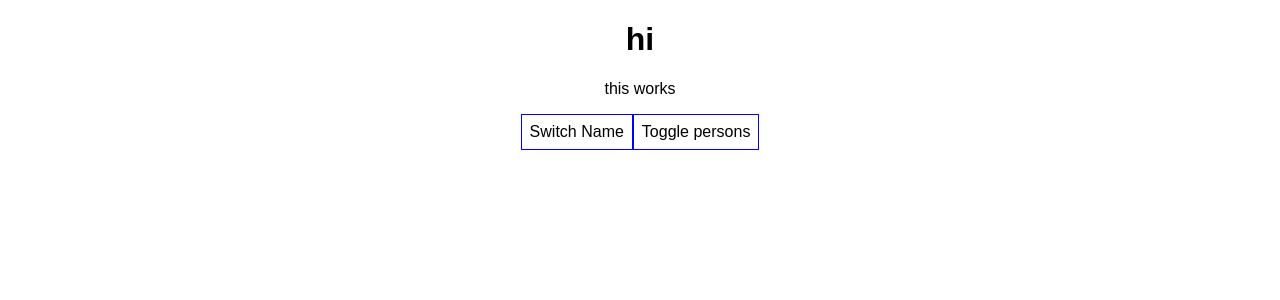
Repository: toni783/udemy_react
Page: / (app in react-complete-guide/)
The author's editor kept a copy of each file at every save. The page is drawn from the files as they stood at one save, then again after the next save.
The browser window is 1280 px wide. The pictures show the whole page.
The project was rebuilt for these pictures with package versions that can differ from the ones it lists, and the page was loaded fresh each time. Also part of the build but not shown: react-complete-guide/src/components/Persons/Person/Person.css, react-complete-guide/src/Person/Person.js.

Above is the page before, as saved 2020-01-27 08:59:47.

### react-complete-guide/src/App.js
// class based approach
import React, { Component } from "react";
import "./App.css";

import Person from "./Person/Person";

class App extends Component {
  state = {
    persons: [
      { id: 1, name: "Gilbert", age: 28 },
      { id: 2, name: "Yayu", age: 25 }
    ],
    otherProperty: "anything can be here ",
    showPersons: false
  };

  switchNameHandler = name => {
    // console.log('button clicked')
    this.setState({
      persons: [
        {
          name: name,
          age: 28
        },
        {
          name: "Yayu edited",
          age: 25
        }
      ]
    });
  };

  deletePersonHandler = index => {
    // const persons = this.state.persons;
    const persons = [...this.state.persons];
    persons.splice(index, 1);
    this.setState({ persons });
  };

  nameChangeHandler = (event, id) => {
    const personIndex = this.state.persons.findIndex(value => {
      return value.id === id;
    });

    const person = {
      ...this.state.persons[personIndex]
    };

    person.name = event.target.value;

    const persons = [...this.state.persons];
    persons[personIndex] = person;

    this.setState({ persons });
  };

  togglePersonsHandler = () => {
    const toggle = this.state.showPersons;
    this.setState({
      showPersons: !toggle
    });
  };

  render() {
    const style = {
      backgroundColor: "white",
      font: "inherit",
      border: "1px solid blue",
      padding: "8px",
      cursor: "pointer"
    };

    let persons = null;

    if (this.state.showPersons) {
      persons = (
        <div>
          {/* <Person
            clicked={this.switchNameHandler.bind(this, "Gilbert with binding")}
            name={this.state.persons[0].name}
            age={this.state.persons[0].age}
          />

          <Person
            name={this.state.persons[1].name}
            age={this.state.persons[1].age}
            changed={this.nameChangeHandler}
          >
            {" "}
            and the inner content is this{" "}
          </Person> */}

          {this.state.persons.map((person, index) => {
            return (
              <Person
                clicked={() => this.deletePersonHandler(index)}
                name={person.name}
                age={person.age}
                key={person.id}
                changed={event => this.nameChangeHandler(event, person.id)}
              ></Person>
            );
          })}
        </div>
      );

      style.backgroundColor = "red";
    }

    let clasess = ["red", "bold"].join(" ");
    return (
      <div className="App">
        <h1>hi </h1>
        <p>this works </p>

        <button
          style={style}
          onClick={() => this.switchNameHandler("Gilbert with arrow function ")}
        >
          {" "}
          Switch Name{" "}
        </button>

        <button style={style} onClick={this.togglePersonsHandler}>
          Toggle persons
        </button>
        {persons}

        {/* turnary approach */}
        {/* {this.state.showPersons ? (
          <div>
            <Person
              clicked={this.switchNameHandler.bind(
                this,
                "Gilbert with binding"
              )}
              name={this.state.persons[0].name}
              age={this.state.persons[0].age}
            />

            <Person
              name={this.state.persons[1].name}
              age={this.state.persons[1].age}
              changed={this.nameChangeHandler}
            >
              {" "}
              and the inner content is this{" "}
            </Person>
          </div>
        ) : null} */}
      </div>
    );
  }
}

export default App;

// functional  based approach
// import React, { useState } from 'react';
// import './App.css';

// import Person from './Person/Person'

//  const app = props => {

//   const [personState, setPersonState] = useState(
//     {
//       persons: [
//         {
//           name: 'Gilbert',
//           age: 28
//         },
//         {
//           name: 'Yayu',
//           age: 25
//         }
//       ],
//      otherProperty: 'anything can be here '
//     }
//   );

//   const [otherState, setOtherState] =  useState({  otherProperty: 'anything can be here in other state '});

//   const switchNameHandler = () =>{
//     // console.log('button clicked')
//     setPersonState(
//       {
//         persons: [
//           {
//             name: 'Gilbert edited',
//             age: 28
//           },
//           {
//             name: 'Yayu edited',
//             age: 25
//           }
//         ]
//       }
//     );
//   }

// console.log(personState, otherState)

//     return (
//       <div className="App">
//            <h1>hi </h1>
//           <p>this works </p>

//           <button onClick={switchNameHandler}> Switch Name  </button>

//           <Person name={personState.persons[0].name} age={personState.persons[0].age}/>

//           <Person name={personState.persons[1].name} age={personState.persons[1].age}> and the inner content is this </Person>

//       </div>
//     );

// }

// export default app;

### react-complete-guide/src/App.css
.App {
  text-align: center;
}

.App-logo {
  animation: App-logo-spin infinite 20s linear;
  height: 80px;
}

.App-header {
  background-color: #222;
  height: 150px;
  padding: 20px;
  color: white;
}

.App-title {
  font-size: 1.5em;
}

.App-intro {
  font-size: large;
}

@keyframes App-logo-spin {
  from {
    transform: rotate(0deg);
  }

  to {
    transform: rotate(360deg);
  }
}

.red {
  color: red;
}

.bold {
  font-weight: bold;
}

Loaded but not shown: react-complete-guide/public/index.html (common file); react-complete-guide/src/index.js (common file); react-complete-guide/src/index.css (common file); react-complete-guide/src/registerServiceWorker.js (common file)

After the next save:
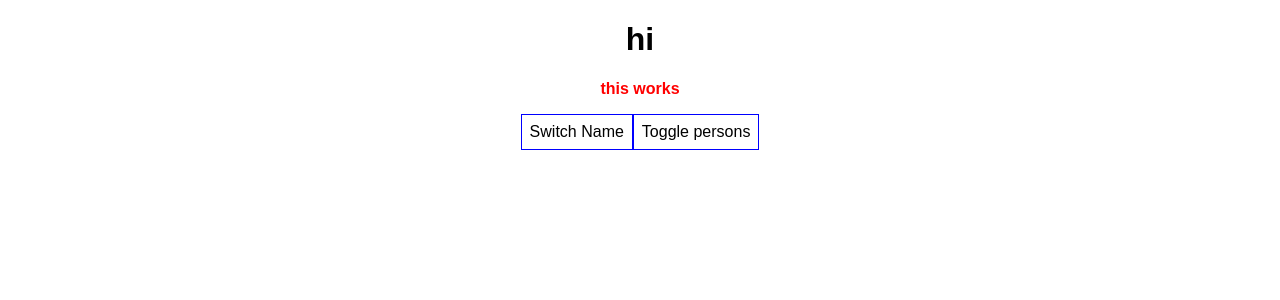
Saved 27 s later.
--- a/react-complete-guide/src/App.js
+++ b/react-complete-guide/src/App.js
@@ -111,7 +111,7 @@ class App extends Component {
     return (
       <div className="App">
         <h1>hi </h1>
-        <p>this works </p>
+        <p className={clasess}>this works </p>
 
         <button
           style={style}

After the save that followed:
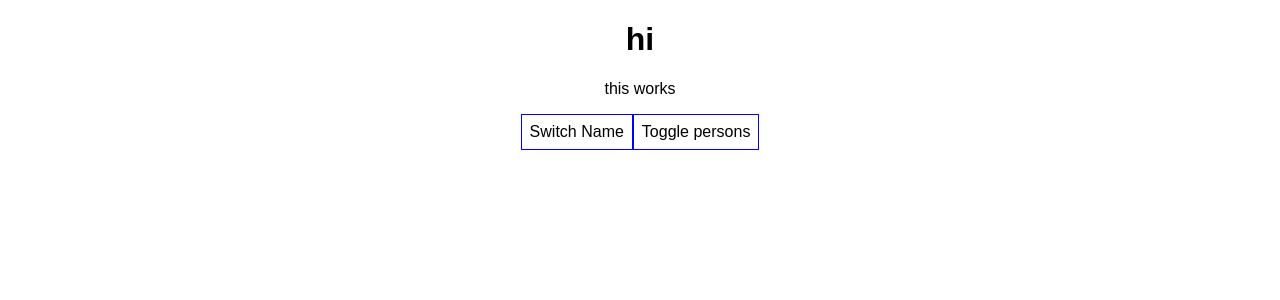
Saved 57 s later.
--- a/react-complete-guide/src/App.js
+++ b/react-complete-guide/src/App.js
@@ -107,7 +107,7 @@ class App extends Component {
       style.backgroundColor = "red";
     }
 
-    let clasess = ["red", "bold"].join(" ");
+    let clasess = [];
     return (
       <div className="App">
         <h1>hi </h1>
